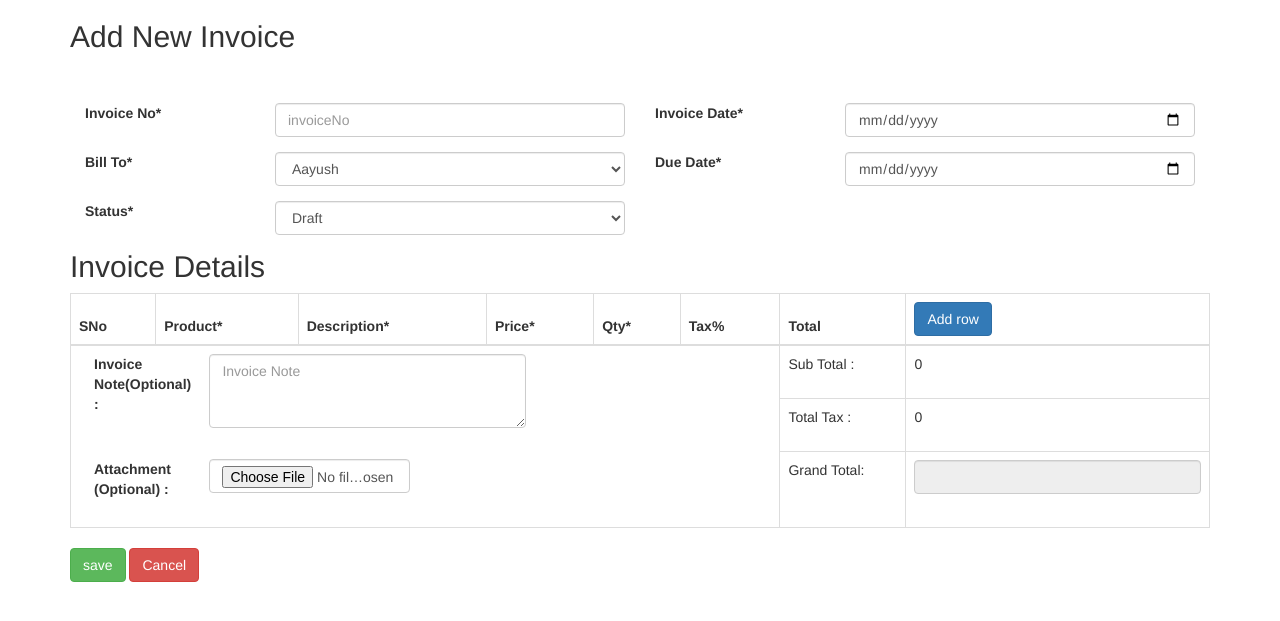
Repository: Aayush13013/Invoice_Management_app
Page: http://localhost/invoiceInfo/WEB-INF/jsp/new_invoiceInfo.jsp
The author's editor kept a copy of each file at every save. The page is drawn from the files as they stood at one save, then again after the next save.
The browser window is 1280 px wide. The pictures show the whole page.
The page is served by Tomcat 9. Nobody is signed in. Other server files are loaded and not shown. The template is opened directly, without the code that normally fills it, so the values that code supplies are empty.

Above is the page before, as saved 2021-12-27 18:40:38.

### invoiceInfo/invoiceInfo/src/main/webapp/WEB-INF/jsp/new_invoiceInfo.jsp
<%@ page language="java" contentType="text/html; charset=ISO-8859-1"
	pageEncoding="ISO-8859-1"%>
<%@ taglib prefix="form" uri="http://www.springframework.org/tags/form"%>
<%@ taglib prefix="c" uri="http://java.sun.com/jsp/jstl/core"%>


<!DOCTYPE html>
<html>

<head>
<meta charset="ISO-8859-1">
<title>Add New Invoice</title>

<link rel="stylesheet"
	href="https://maxcdn.bootstrapcdn.com/bootstrap/3.4.1/css/bootstrap.min.css">



</head>

<body>
	<script>
		function addRows(id) {
			var table = document.getElementById(id);
			var array = [ "Computer", "Mobile", "PenDrive", "Mouse" ];

			var rowCount = table.rows.length;
			var row = table.insertRow(rowCount);
			var counts = rowCount - 1;

			var cell0 = row.insertCell(0);
			cell0.innerHTML = rowCount ;

			var cell1 = row.insertCell(1);
			var element1 = document.createElement("select");
			element1.name = "listOfProducts[" + counts + "].productName";
			for (var i = 0; i < array.length; i++) {
				var option = document.createElement("option");
				option.value = array[i];
				option.text = array[i];
				element1.appendChild(option);
			}
			element1.required="required";
			cell1.appendChild(element1);

			var cell2 = row.insertCell(2);
			var element2 = document.createElement("textarea");
			element2.type = "text";
			element2.name = "listOfProducts[" + counts + "].description";
			element2.required="required";
			cell2.appendChild(element2);

			var cell3 = row.insertCell(3);
			var element3 = document.createElement("input");
			element3.type = "number";
			element3.name = "listOfProducts[" + counts + "].price";
			element3.required="required";
			cell3.appendChild(element3);

			var cell4 = row.insertCell(4);
			var element4 = document.createElement("input");
			element4.type = "number";
			element4.name = "listOfProducts[" + counts + "].qty";
			element4.required="required";
			cell4.appendChild(element4);

			var cell5 = row.insertCell(5);
			var element5 = document.createElement("input");
			element5.type = "number";
			element5.name = "listOfProducts[" + counts + "].taxPercent";
			cell5.appendChild(element5);

			var cell6 = row.insertCell(6);
			var element6 = document.createElement("input");
			element6.type = "number";
			element6.name = "listOfProducts[" + counts + "].total";
			cell6.appendChild(element6);

			/* var cell7 = row.insertCell(7);
			var element7 = document.createElement("input");
			element7.onclick
 */
		}
	</script>

<div class="container my-2">
	<h2>Add New Invoice</h2>
	<br>



	<form:form action="/saveInvoice" modelAttribute="invoiceInfo"
		method="POST">
		<form:hidden path="id" placeholder="id" class="form-control " />
		<div class="form-row">
			<div class="form-group col-md-2">
				<label>Invoice No*</label>
			</div>
			<div class="form-group col-md-4">
				<form:input type="text" path="invoiceNo" placeholder="invoiceNo" required="required"
					class="form-control" />
			</div>
			<div class="form-group col-md-2">
				<label>Invoice Date*</label>

			</div>
			<div class="form-group col-md-4">
				<form:input type="date" path="invoiceDate" placeholder="invoiceDate" required="required"
					class="form-control " />
			</div>
		</div>
		<div class="form-row">
			<div class="form-group col-md-2">
				<label>Bill To*</label>

			</div>
			<div class="form-group col-md-4">
				<form:select path="billTo" class="form-control"
					required="required">
					<optgroup label="Select_Customer">
						<form:option value="Aayush"></form:option>
						<form:option value="Shridhar"></form:option>
						<form:option value="Suneel"></form:option>
						<form:option value="Lekhana"></form:option>
					</optgroup>
				</form:select>
			</div>
			<div class="form-group col-md-2">
				<label>Due Date*</label>

			</div>

			<div class="form-group col-md-4">
				<form:input type="date" path="dueDate" placeholder="dueDate" required="required"
					class="form-control " />
			</div>
		</div>
		<div class="form-row">
			<div class="form-group col-md-2">
				<label>Status*</label>

			</div>
			<div class="form-group col-md-4">
				<form:select path="status" class="form-control" required="required">
					<optgroup label="Select_Status">
						<form:option value="Draft"></form:option>
						<form:option value="Sent"></form:option>
						<form:option value="Paid"></form:option>
					</optgroup>
				</form:select>
			</div>
			<div class="form-group col-md-2">
				<label hidden>** :</label>
			</div>
			<div class="form-group col-md-4">
				<input type="text" class="form-control" style="visibility: hidden;">
			</div>
		</div>


		<div class="form-row">
			<h2>Invoice Details</h2>

			<table class="table table-bordered" id="myTable">
				<thead>
					<tr>
						<th>SNo</th>
						<th>Product*</th>
						<th>Description*</th>
						<th>Price*</th>
						<th>Qty*</th>
						<th>Tax%</th>
						<th>Total</th>
						<th><input type="button" value="Add row" class="btn btn-primary"
							onclick="addRows('myTable')" /></th>
					</tr>

				</thead>
				<tbody id="myTable">

				</tbody>
				<tr>
					<td colspan="6" rowspan="2">
						<div class="form-group  col-md-2">
							<label>Invoice Note(Optional) :</label>
						</div>
						<div class="form-group   col-md-6">
							<textarea class="form-control rounded-0" name="invoice_note"
								id="invoice_note" rows="3" maxlength="1000"
								placeholder="Invoice Note"></textarea>
						</div>
					</td>
					<td>Sub Total :</td>
					<td><span path="subTotal" name="subTotal" id="subTotal">0</span></td>
				</tr>
				<tr>
					<td>Total Tax :</td>
					<td><span path="totalTax" name="totalTax" id="totalTax">0</span></td>
				</tr>
				<tr>
					<td colspan="6" style="border-top: hidden">
						<div class="form-group  col-md-2">
							<label>Attachment (Optional) :</label>
						</div>
						<div class="form-group col-md-4">
							<input type="file" name="myfile" placeholder="Attachment"
								id="myfile" class="form-control">
						</div>
					</td>
					<td>Grand Total:</td>
					<td><input type="text" path="grandTotal" name="grandTotal"
						id="grandTotal" readonly class="form-control col-4 mb-4" /></td>
				</tr>

			</table>
		</div>

		<input type="submit" value="save" class="btn btn-success" />
		<button type="clear" class="btn btn-danger">Cancel</button>
	</form:form>
	</div>
</body>

</html>

After the next save:
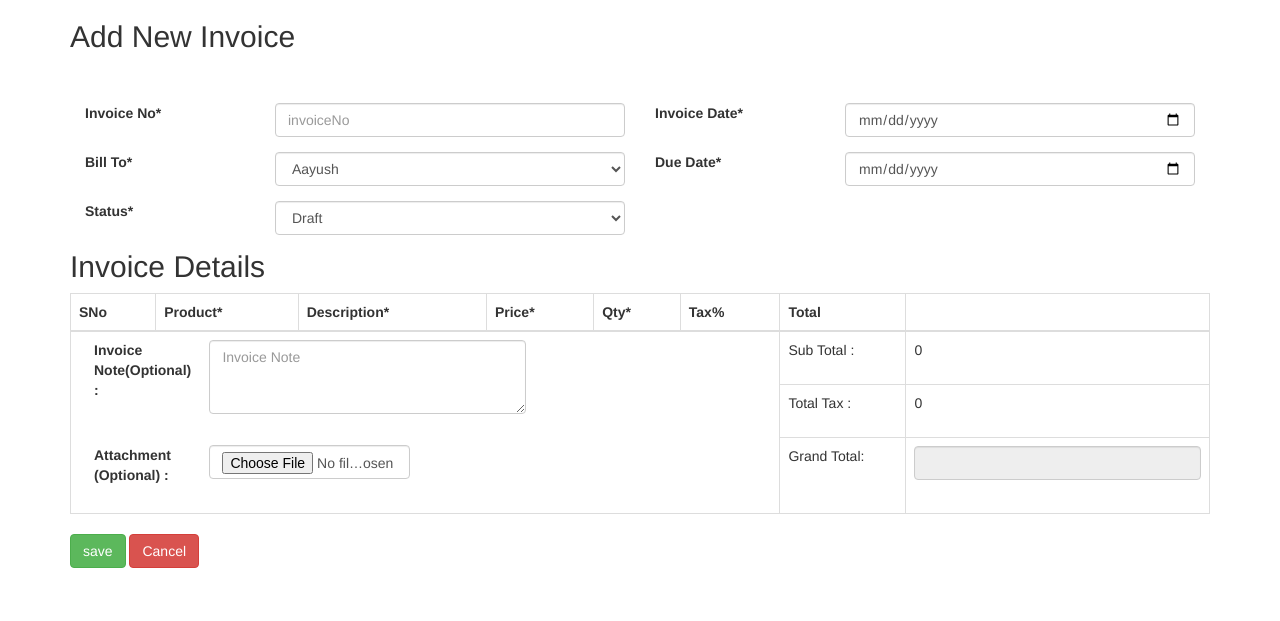
Saved 18 min 11 s later.
--- a/invoiceInfo/invoiceInfo/src/main/webapp/WEB-INF/jsp/new_invoiceInfo.jsp
+++ b/invoiceInfo/invoiceInfo/src/main/webapp/WEB-INF/jsp/new_invoiceInfo.jsp
@@ -171,8 +171,7 @@
 						<th>Qty*</th>
 						<th>Tax%</th>
 						<th>Total</th>
-						<th><input type="button" value="Add row" class="btn btn-primary"
-							onclick="addRows('myTable')" /></th>
+
 					</tr>
 
 				</thead>
